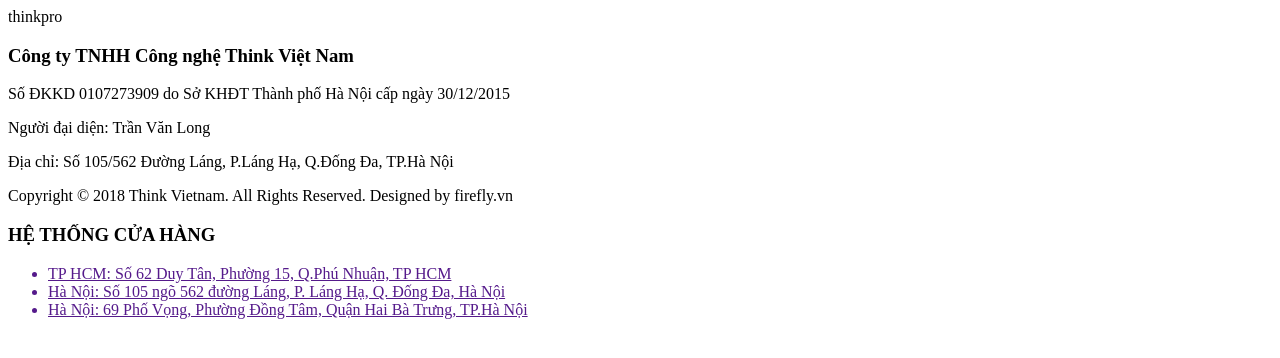
Repository: theanh263/shop_online
Page: http://localhost/shoponline/common/web/footer.jsp
These files come from the project's save history. The page is drawn as it stood at one moment and after the next save; the edit follows.
The browser window is 1280 px wide. The pictures show the whole page.
The page is served by Tomcat 9. Nobody is signed in. The application's start-up code is not run. Other server files are loaded and not shown.

Above is the page before, as saved 2021-05-11 16:29:01.

### shoponline/src/main/webapp/common/web/footer.jsp
<%@ page language="java" contentType="text/html; charset=UTF-8"
	pageEncoding="UTF-8"%>
<div class="app__footer">
	<div class="footer__container wide-screen">
		<div class="footer1">thinkpro</div>
		<div class="footer2">
			<h3 class="footer2-title">Công ty TNHH Công nghệ Think Việt Nam
			</h3>
			<p>Số ĐKKD 0107273909 do Sở KHĐT Thành phố Hà Nội cấp ngày
				30/12/2015</p>
			<p>Người đại diện: Trần Văn Long</p>
			<p>Địa chỉ: Số 105/562 Đường Láng, P.Láng Hạ, Q.Đống Đa, TP.Hà
				Nội</p>
			<p>Copyright © 2018 Think Vietnam. All Rights Reserved. Designed
				by firefly.vn</p>
		</div>
		<div class="footer3">
			<h3 class="footer3-title">HỆ THỐNG CỬA HÀNG</h3>
			<ul>
				<a href="">
					<li>TP HCM: Số 62 Duy Tân, Phường 15, Q.Phú Nhuận, TP HCM</li>
				</a>
				<a href="">
					<li>Hà Nội: Số 105 ngõ 562 đường Láng, P. Láng Hạ, Q. Đống Đa,
						Hà Nội</li>
				</a>
				<a href="">
					<li>Hà Nội: 69 Phố Vọng, Phường Đồng Tâm, Quận Hai Bà Trưng,
						TP.Hà Nội</li>
				</a>
			</ul>
		</div>
	</div>
</div>

After the next save:
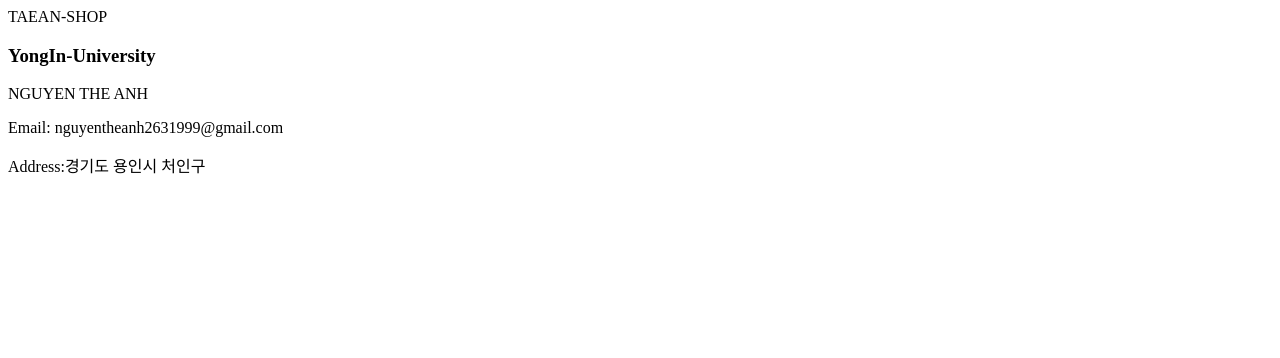
Saved 22 days later.
--- a/shoponline/src/main/webapp/common/web/footer.jsp
+++ b/shoponline/src/main/webapp/common/web/footer.jsp
@@ -2,33 +2,14 @@
 	pageEncoding="UTF-8"%>
 <div class="app__footer">
 	<div class="footer__container wide-screen">
-		<div class="footer1">thinkpro</div>
+		<div class="footer1">TAEAN-SHOP</div>
 		<div class="footer2">
-			<h3 class="footer2-title">Công ty TNHH Công nghệ Think Việt Nam
+			<h3 class="footer2-title">YongIn-University
 			</h3>
-			<p>Số ĐKKD 0107273909 do Sở KHĐT Thành phố Hà Nội cấp ngày
-				30/12/2015</p>
-			<p>Người đại diện: Trần Văn Long</p>
-			<p>Địa chỉ: Số 105/562 Đường Láng, P.Láng Hạ, Q.Đống Đa, TP.Hà
-				Nội</p>
-			<p>Copyright © 2018 Think Vietnam. All Rights Reserved. Designed
-				by firefly.vn</p>
-		</div>
-		<div class="footer3">
-			<h3 class="footer3-title">HỆ THỐNG CỬA HÀNG</h3>
-			<ul>
-				<a href="">
-					<li>TP HCM: Số 62 Duy Tân, Phường 15, Q.Phú Nhuận, TP HCM</li>
-				</a>
-				<a href="">
-					<li>Hà Nội: Số 105 ngõ 562 đường Láng, P. Láng Hạ, Q. Đống Đa,
-						Hà Nội</li>
-				</a>
-				<a href="">
-					<li>Hà Nội: 69 Phố Vọng, Phường Đồng Tâm, Quận Hai Bà Trưng,
-						TP.Hà Nội</li>
-				</a>
-			</ul>
+			<p>NGUYEN THE ANH</p>
+			<p>Email: nguyentheanh2631999@gmail.com</p>
+			<p>Address:경기도 용인시 처인구</p>
+
 		</div>
 	</div>
 </div>
